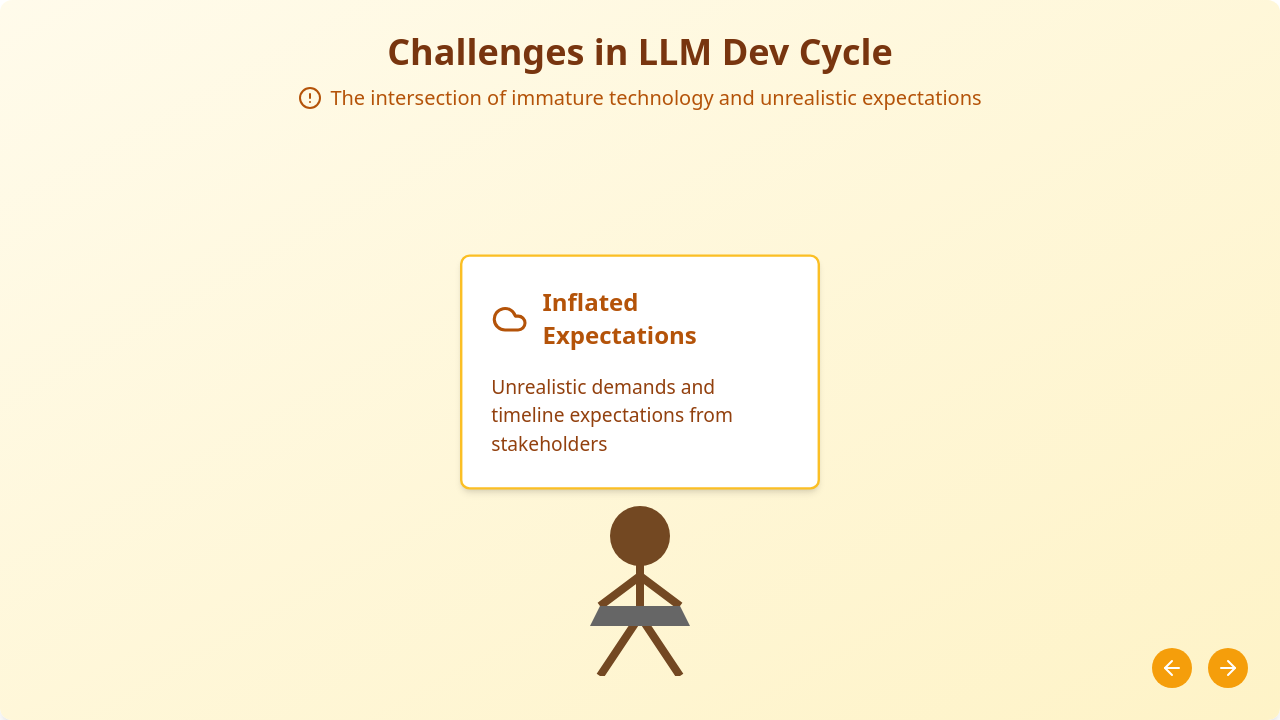
Repository: Galbaz1/dell_presentation
Page: /slide2
The author's editor kept a copy of each file at every save. The page is drawn from the files as they stood at one save, then again after a run of saves.
The browser window is 1280 px wide. The pictures show the whole page.
The project was rebuilt for these pictures with package versions that can differ from the ones it lists, and the page was loaded fresh each time. The framework's server and built-in components were replaced by stand-ins that run in the browser. Also part of the build but not shown: styles/animations/slide1.css, styles/animations/slide2.css.

Above is the page before, as saved 2024-11-11 16:33:56.

### pages/_app.tsx
import '../styles/globals.css'
import '../styles/animations/slide1.css'
import '../styles/animations/slide2.css'
import type { AppProps } from 'next/app'

function MyApp({ Component, pageProps }: AppProps) {
  return <Component {...pageProps} />
}

export default MyApp

### pages/slide2.tsx
import React, { useState, useEffect } from 'react';
import { ArrowRight, ArrowLeft, AlertCircle, Cloud } from 'lucide-react';
import Link from 'next/link';
import { motion, AnimatePresence } from 'framer-motion';

const Slide2: React.FC = () => {
  const [animationPhase, setAnimationPhase] = useState<'falling' | 'hitting' | 'growing' | 'exploding'>('falling');

  useEffect(() => {
    const sequence = async () => {
      await new Promise(resolve => setTimeout(resolve, 3000));
      setAnimationPhase('hitting');

      await new Promise(resolve => setTimeout(resolve, 1000));
      setAnimationPhase('growing');

      await new Promise(resolve => setTimeout(resolve, 15000));
      setAnimationPhase('exploding');
    };

    sequence();
  }, []);

  const blockVariants = {
    falling: {
      y: "-200vh",
      x: "-50%",
      transition: {
        y: {
          type: "tween",
          duration: 4,
          ease: "easeIn"
        }
      }
    },
    hitting: {
      y: "140%",
      x: "-50%",
      transition: {
        type: "spring",
        stiffness: 300,
        damping: 15,
        duration: 0.5
      }
    },
    growing: {
      y: "50%",
      x: "-50%",
      scale: [1, 1.2, 1.1, 1.4, 1.3, 1.6, 1.5, 1.8, 1.7, 2],
      transition: {
        y: { duration: 1, ease: "easeOut" },
        scale: {
          duration: 15,
          times: [0, 0.1, 0.2, 0.3, 0.4, 0.5, 0.6, 0.7, 0.8, 1],
          ease: "easeInOut"
        }
      }
    },
    exploding: {
      opacity: 0,
      transition: { duration: 0.1 }
    }
  };

  const developerVariants = {
    standing: {
      x: "-50%",
      rotate: 0
    },
    fallen: {
      x: "100%",
      rotate: 90,
      transition: {
        type: "spring",
        stiffness: 60,
        damping: 20
      }
    }
  };

  const explosionPieces = [
    // Left piece
    <motion.div
      key="left"
      className="absolute w-1/2 h-full overflow-hidden left-0"
      initial={{ x: 0, y: 0, rotate: 0 }}
      animate={animationPhase === 'exploding' ? {
        x: -400,
        y: 500,
        rotate: -45,
        opacity: 0,
      } : {}}
      transition={{
        type: "spring",
        duration: 1.5,
        bounce: 0.1
      }}
    >
      <div className="absolute w-[200%] h-full right-0">
        <div className="bg-white p-6 rounded-lg shadow-md border-2 border-amber-400">
          <div className="flex items-center mb-4 text-amber-700">
            <Cloud className="w-8 h-8" />
            <h3 className="text-xl font-semibold ml-3">Inflated Expectations</h3>
          </div>
          <p className="text-amber-800">
            Unrealistic demands and timeline expectations from stakeholders
          </p>
        </div>
      </div>
    </motion.div>,
    // Right piece
    <motion.div
      key="right"
      className="absolute w-1/2 h-full overflow-hidden right-0"
      initial={{ x: 0, y: 0, rotate: 0 }}
      animate={animationPhase === 'exploding' ? {
        x: 400,
        y: 500,
        rotate: 45,
        opacity: 0,
      } : {}}
      transition={{
        type: "spring",
        duration: 1.5,
        bounce: 0.1
      }}
    >
      <div className="absolute w-[200%] h-full left-0">
        <div className="bg-white p-6 rounded-lg shadow-md border-2 border-amber-400">
          <div className="flex items-center mb-4 text-amber-700">
            <Cloud className="w-8 h-8" />
            <h3 className="text-xl font-semibold ml-3">Inflated Expectations</h3>
          </div>
          <p className="text-amber-800">
            Unrealistic demands and timeline expectations from stakeholders
          </p>
        </div>
      </div>
    </motion.div>
  ];

  return (
    <div className="bg-gradient-to-br from-amber-50 to-amber-100 p-8 rounded-xl shadow-lg min-h-screen overflow-hidden relative">
      {/* Header */}
      <div className="mb-16 text-center">
        <h1 className="text-4xl font-bold text-amber-900 mb-3">Challenges in LLM Dev Cycle</h1>
        <p className="text-xl text-amber-700 flex items-center justify-center">
          <AlertCircle className="w-6 h-6 mr-2" />
          The intersection of immature technology and unrealistic expectations
        </p>
      </div>

      {/* Main Content Area */}
      <div className="max-w-5xl mx-auto relative h-[500px]">
        {/* Developer Figure */}
        <motion.div
          className="absolute bottom-0 left-1/2 -translate-x-1/2 origin-bottom z-10"
          variants={developerVariants}
          initial="standing"
          animate={animationPhase === 'hitting' ? 'fallen' : 'standing'}
        >
          <div className="relative w-[200px] h-[200px]">
            <svg viewBox="0 0 100 100" className="w-full h-full">
              <path
                d="M50 35 L50 70 L30 100 M50 70 L70 100 M50 50 L30 65 M50 50 L70 65"
                stroke="#734822"
                strokeWidth="4"
                fill="none"
              />
              <circle cx="50" cy="30" r="15" fill="#734822" />
              <path
                d="M30 65 L70 65 L75 75 L25 75 Z"
                fill="#666"
              />
            </svg>
          </div>
        </motion.div>

        {/* Falling Block */}
        <motion.div
          className="absolute left-1/2 -translate-x-1/2 top-0 w-[300px] z-20"
          variants={blockVariants}
          initial="falling"
          animate={animationPhase}
          transition={{
            duration: 2,
            ease: "easeIn"
          }}
        >
          {animationPhase !== 'exploding' ? (
            <div className="bg-white p-6 rounded-lg shadow-md border-2 border-amber-400">
              <div className="flex items-center mb-4 text-amber-700">
                <Cloud className="w-8 h-8" />
                <h3 className="text-xl font-semibold ml-3">Inflated Expectations</h3>
              </div>
              <p className="text-amber-800">
                Unrealistic demands and timeline expectations from stakeholders
              </p>
            </div>
          ) : (
            <div className="relative w-full h-full">
              {explosionPieces}
            </div>
          )}
        </motion.div>
      </div>

      {/* Navigation */}
      <div className="absolute bottom-8 right-8 flex items-center space-x-4">
        <Link href="/" className="bg-amber-500 hover:bg-amber-600 text-white p-2 rounded-full transition-colors">
          <ArrowLeft className="w-6 h-6" />
        </Link>
        <Link href="/slide3" className="bg-amber-500 hover:bg-amber-600 text-white p-2 rounded-full transition-colors">
          <ArrowRight className="w-6 h-6" />
        </Link>
      </div>
    </div>
  );
};

export default Slide2;

### styles/globals.css
@tailwind base;
@tailwind components;
@tailwind utilities;

@keyframes fallAndBounce {
  0% {
    transform: translateY(-100%) translateX(-50%);
  }
  70% {
    transform: translateY(140%) translateX(-50%);
  }
  75% {
    transform: translateY(130%) translateX(-50%);
  }
  80% {
    transform: translateY(135%) translateX(-50%);
  }
  85% {
    transform: translateY(128%) translateX(-50%);
  }
  90% {
    transform: translateY(132%) translateX(-50%);
  }
  100% {
    transform: translateY(0%) translateX(-50%);
  }
}

@keyframes developerFall {
  0%, 69% {
    transform: translateX(-50%) rotate(0deg);
  }
  100% {
    transform: translateX(100%) rotate(90deg);
  }
}

@keyframes pulsate {
  0% {
    transform: translateY(0%) translateX(-50%) scale(1);
  }
  8% {
    transform: translateY(0%) translateX(-50%) scale(1.15);
  }
  10% {
    transform: translateY(0%) translateX(-50%) scale(1.1);
  }
  18% {
    transform: translateY(0%) translateX(-50%) scale(1.35);
  }
  20% {
    transform: translateY(0%) translateX(-50%) scale(1.3);
  }
  28% {
    transform: translateY(0%) translateX(-50%) scale(1.55);
  }
  30% {
    transform: translateY(0%) translateX(-50%) scale(1.5);
  }
  38% {
    transform: translateY(0%) translateX(-50%) scale(1.75);
  }
  40% {
    transform: translateY(0%) translateX(-50%) scale(1.7);
  }
  48% {
    transform: translateY(0%) translateX(-50%) scale(1.95);
  }
  50% {
    transform: translateY(0%) translateX(-50%) scale(1.9);
  }
  100% {
    transform: translateY(0%) translateX(-50%) scale(2);
  }
}

@keyframes explodePiece {
  0% {
    transform: translate(0, 0) rotate(0);
    opacity: 1;
  }
  100% {
    transform: translate(var(--tx), 1000px) rotate(var(--tr));
    opacity: 0;
  }
}

.animate-fall-bounce {
  animation:
    fallAndBounce 3s cubic-bezier(0.4, 0, 0.2, 1) forwards,
    pulsate 8s cubic-bezier(0.4, 0, 0.2, 1) 5s forwards;
}

.animate-developer-fall {
  animation: developerFall 1.2s cubic-bezier(0.4, 0, 0.2, 1) forwards;
  animation-delay: 2.1s;
}

.explosion-piece {
  position: absolute;
  animation: explodePiece 2s cubic-bezier(0.4, 0, 0.2, 1) forwards;
  animation-delay: 16s; /* 5s wait + 8s growth + 3s wait */
}

### tailwind.config.js
/** @type {import('tailwindcss').Config} */
module.exports = {
  content: [
    "./pages/**/*.{js,ts,jsx,tsx}",
    "./components/**/*.{js,ts,jsx,tsx}",
    "./styles/**/*.css",
  ],
  theme: {
    extend: {},
  },
  plugins: [],
}

After the next 2 saves:
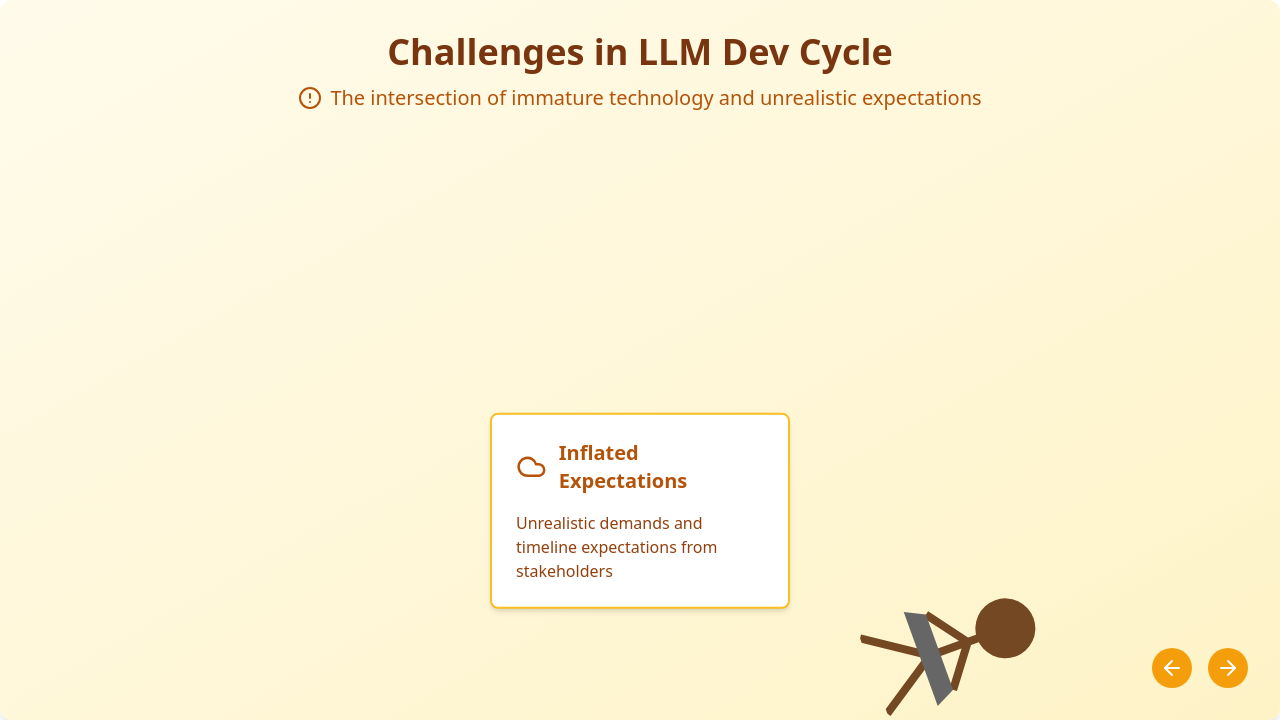
The 2 saves are shown as one change because they came seconds apart.
The last was saved 72 s later.
--- a/pages/slide2.tsx
+++ b/pages/slide2.tsx
@@ -8,7 +8,7 @@ const Slide2: React.FC = () => {
 
   useEffect(() => {
     const sequence = async () => {
-      await new Promise(resolve => setTimeout(resolve, 3000));
+      await new Promise(resolve => setTimeout(resolve, 5000));
       setAnimationPhase('hitting');
 
       await new Promise(resolve => setTimeout(resolve, 1000));
@@ -28,7 +28,7 @@ const Slide2: React.FC = () => {
       transition: {
         y: {
           type: "tween",
-          duration: 4,
+          duration: 6,
           ease: "easeIn"
         }
       }
@@ -73,7 +73,8 @@ const Slide2: React.FC = () => {
       transition: {
         type: "spring",
         stiffness: 60,
-        damping: 20
+        damping: 20,
+        restDelta: 0.001
       }
     }
   };
